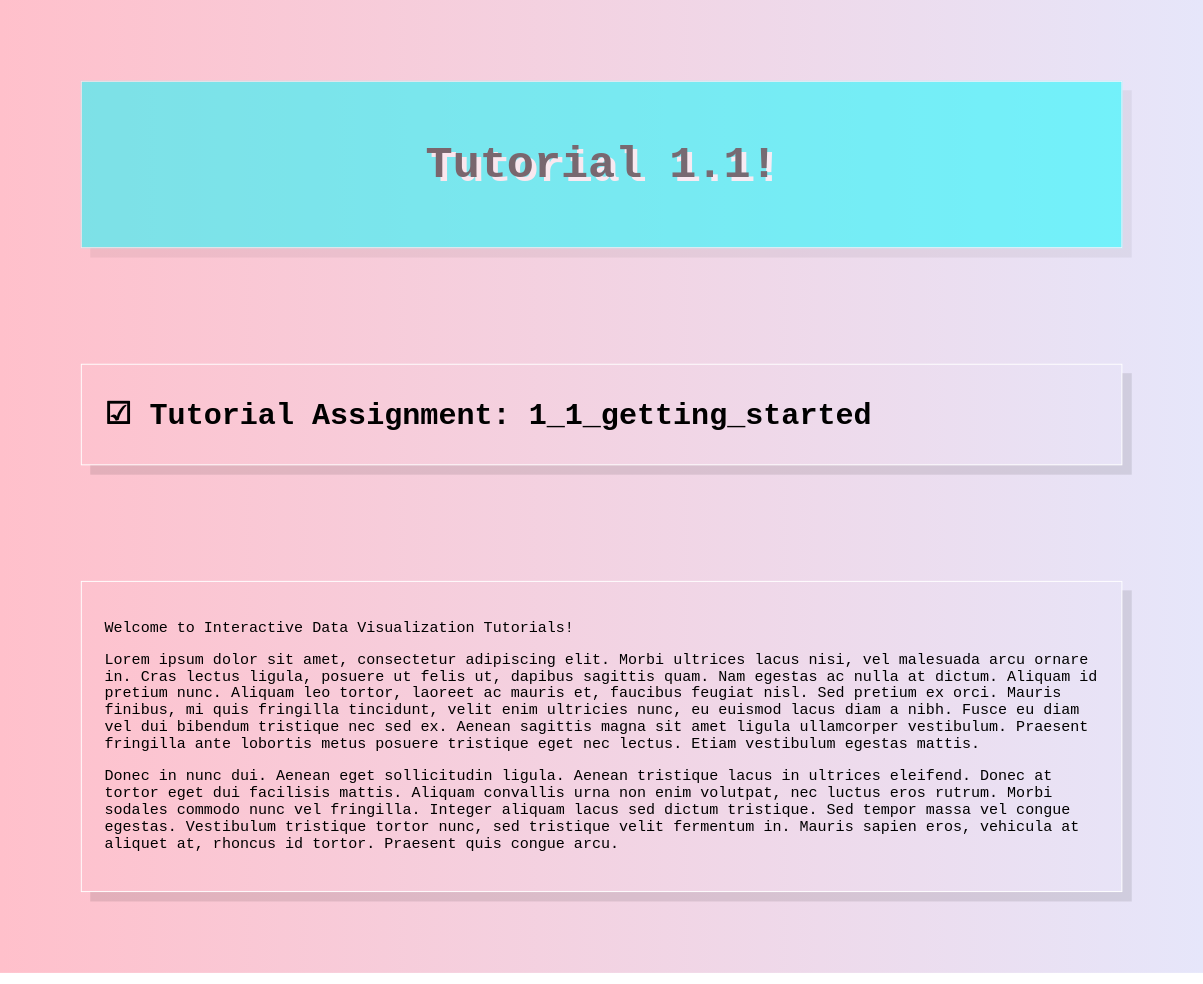
Repository: lisjak/Interactive-Data-Vis-Fall2022
Page: 1_1_getting_started/index.html
The author's editor kept a copy of each file at every save. The page is drawn from the files as they stood at one save, then again after the next save.
The browser window is 1280 px wide. The pictures show the whole page, at 94% of full size.
The pointer rests on the first visible `div`.
Some web fonts or font styles are not loaded; a fallback is used.

Above is the page before, as saved 2022-09-04 22:03:38.

### 1_1_getting_started/index.html
<!DOCTYPE html>

<head>
    <meta charset="utf-8">

    <title>Interactive Data Visualization Tutorial</title>

    <link rel="stylesheet" href="https://fonts.googleapis.com/css?family=Source+Sans+Pro">

    <link href="https://fonts.googleapis.com/css2?family=Azeret+Mono&display=swap" rel="stylesheet">

    <link rel="stylesheet" href="./style.css">
</head>

<body>
    <div>
        <h1>
            Tutorial 1.1!
        </h1>
    </div>
    <div>
        <h3>
            &#9745; Tutorial Assignment: 1_1_getting_started
        </h3>
    </div>
    <div>
        <p>
            Welcome to Interactive Data Visualization Tutorials!
        </p>

        <p>
            Lorem ipsum dolor sit amet, consectetur adipiscing elit. Morbi ultrices lacus nisi, vel malesuada arcu ornare in. Cras lectus ligula, posuere ut felis ut, dapibus sagittis quam. Nam egestas ac nulla at dictum. Aliquam id pretium nunc. Aliquam leo tortor,
            laoreet ac mauris et, faucibus feugiat nisl. Sed pretium ex orci. Mauris finibus, mi quis fringilla tincidunt, velit enim ultricies nunc, eu euismod lacus diam a nibh. Fusce eu diam vel dui bibendum tristique nec sed ex. Aenean sagittis magna
            sit amet ligula ullamcorper vestibulum. Praesent fringilla ante lobortis metus posuere tristique eget nec lectus. Etiam vestibulum egestas mattis.
        </p>

        <p>
            Donec in nunc dui. Aenean eget sollicitudin ligula. Aenean tristique lacus in ultrices eleifend. Donec at tortor eget dui facilisis mattis. Aliquam convallis urna non enim volutpat, nec luctus eros rutrum. Morbi sodales commodo nunc vel fringilla. Integer
            aliquam lacus sed dictum tristique. Sed tempor massa vel congue egestas. Vestibulum tristique tortor nunc, sed tristique velit fermentum in. Mauris sapien eros, vehicula at aliquet at, rhoncus id tortor. Praesent quis congue arcu.
        </p>
    </div>
</body>

</html>

### 1_1_getting_started/style.css
body {
    background-image: linear-gradient(to right, pink, lavender);
    font-family: 'Azeret Mono', monospace;
    font-size: 16px;
    padding: 1em;
    display: flex;
    flex-direction: column;
}

div {
    align-items: center;
    justify-content: center;
    border: 1px solid white;
    padding: 2%;
    margin: 5%;
    box-shadow: 10px 10px 0px rgb(0 0 0 / 0.1);
    transition: 0.5s;
}

div:hover {
    background-color: cyan;
    padding: 4%;
    opacity: 0.5;
    transition: 0.5s;
}

div h1 {
    font-size: 3em;
    margin: 0.25em 0;
    text-shadow: 5px 5px 0px white;
    text-align: center;
    font-weight: bold;
}

h3 {
    font-size: 2em;
    margin: 0.25em 0;
}

p {
    font-size: 1em;
    color: black;
}

After the next save:
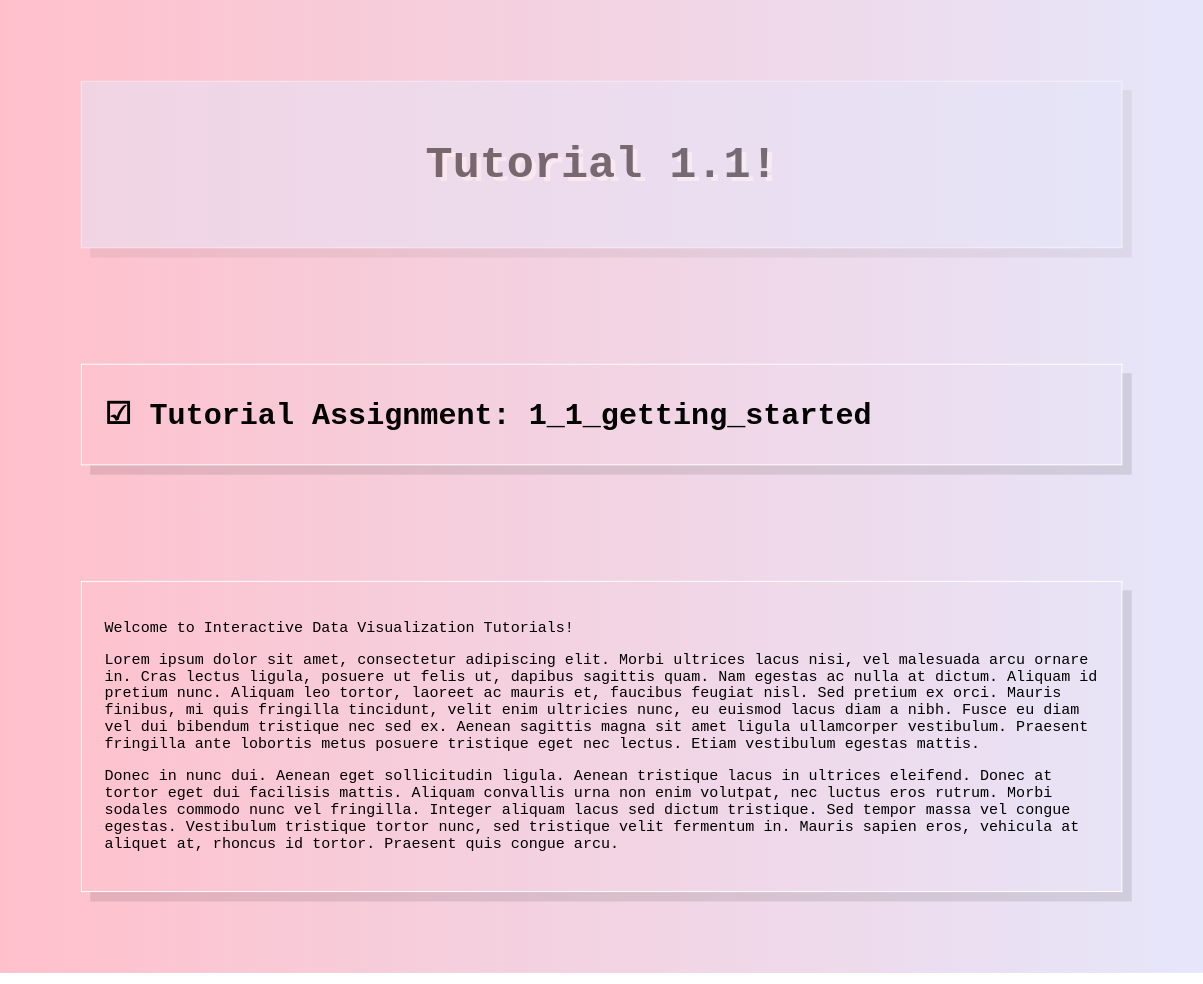
Saved 15 s later.
--- a/1_1_getting_started/style.css
+++ b/1_1_getting_started/style.css
@@ -18,7 +18,7 @@ div {
 }
 
 div:hover {
-    background-color: cyan;
+    background-color: lavender;
     padding: 4%;
     opacity: 0.5;
     transition: 0.5s;
